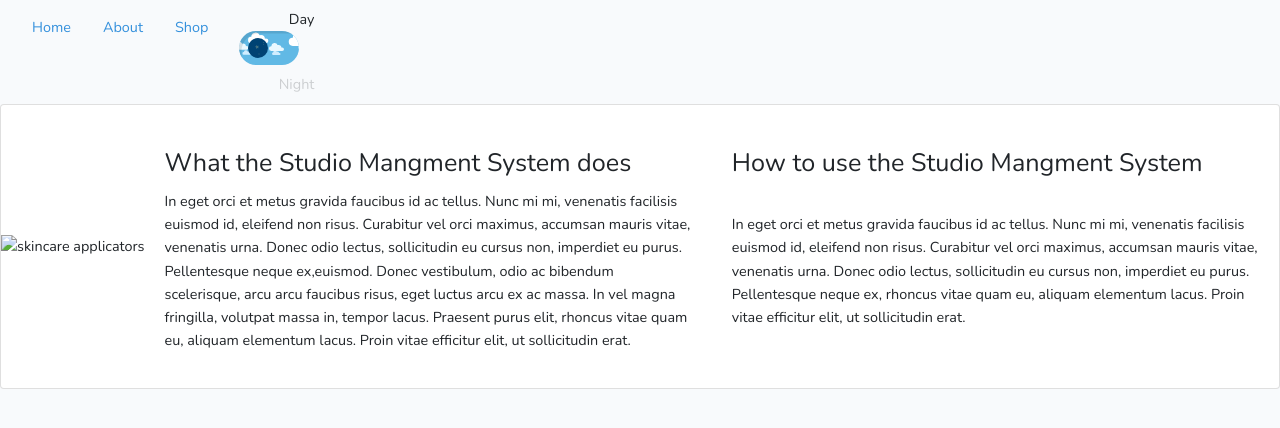
Repository: littae2/simplicite
Page: http://localhost/shop
The author's editor kept a copy of each file at every save. The page is drawn from the files as they stood at one save, then again after a run of saves.
The browser window is 1280 px wide. The pictures show the whole page.
Some web libraries are served in a nearby version. The page is served by the project's Laravel application, run on PHP 8.4 with Laravel 8.

Above is the page before, as saved 2021-08-13 15:54:31.

After the next 4 saves:
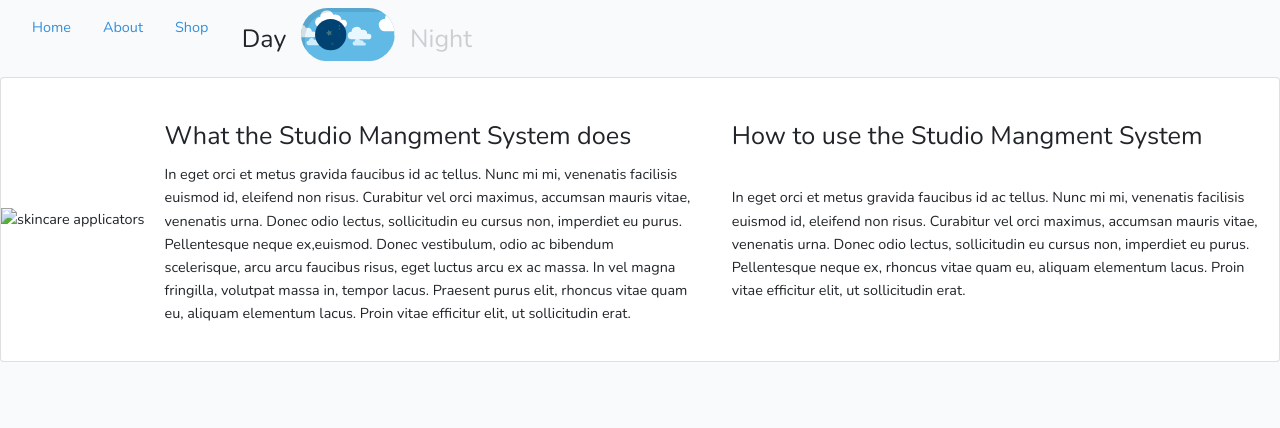
The 4 saves are shown as one change because they came seconds apart.
The last was saved 11 s later.
--- a/Project/resources/views/inc/css/daynight.blade.php
+++ b/Project/resources/views/inc/css/daynight.blade.php
@@ -9,19 +9,13 @@
 
 
     .layout {
-        .layout {
-	/* width: 70vw; */
-	/* max-width: 300px; */
-	/* min-width: 250px; */
-	/* height: 30vh; */
+
 	display: grid;
 	grid-template-columns: 1fr 2fr 1fr;
 	justify-content: center;
 	align-items: center;
-	/* gap: 30px; */
 	font-size: 25px;
 }
-    }
 
     .layout:nth-child(1) {
         text-align: right;
